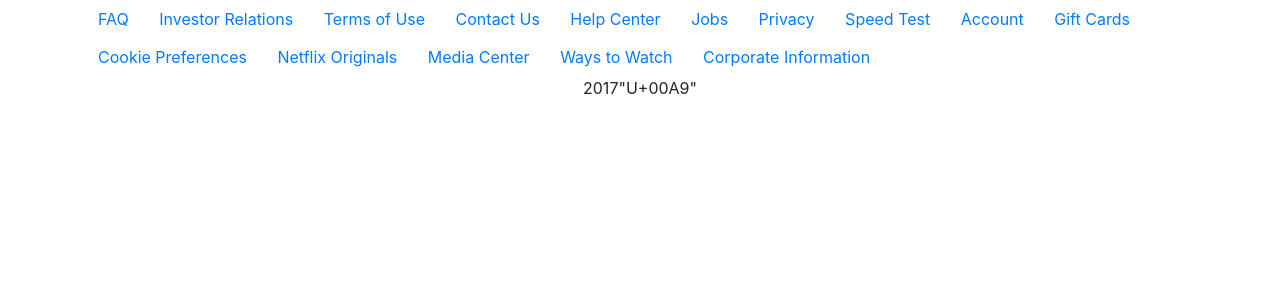
Repository: bharath309/backup
Page: http://localhost/netflix-operation/footerNetflix.jsp
These files come from the project's save history. The page is drawn as it stood at one moment and after the next save; the edit follows.
The browser window is 1280 px wide. The pictures show the whole page.
The page is served by Tomcat 9.

Above is the page before, as saved 2018-03-05 23:43:42.

### netflix-operation/src/main/webapp/footerNetflix.jsp
<%@ page language="java" contentType="text/html; charset=ISO-8859-1"
	pageEncoding="ISO-8859-1"%>
<!DOCTYPE html PUBLIC "-//W3C//DTD HTML 4.01 Transitional//EN" "http://www.w3.org/TR/html4/loose.dtd">
<html>
<head>
<meta http-equiv="Content-Type" content="text/html; charset=ISO-8859-1">
<title>Bootstrap 4 Example</title>
<meta name="viewport" content="width=device-width, initial-scale=1">
<link rel="stylesheet"
	href="https://maxcdn.bootstrapcdn.com/bootstrap/4.0.0/css/bootstrap.min.css">
<script
	src="https://ajax.googleapis.com/ajax/libs/jquery/3.3.1/jquery.min.js"></script>
<script
	src="https://maxcdn.bootstrapcdn.com/bootstrap/4.0.0/js/bootstrap.min.js"></script>
</head>
<body>
	<div class="container">


			<button type="button" class="btn btn-link">FAQ</button>
				<button type="button" class="btn btn-link">Investor Relations</button>
			<button type="button" class="btn btn-link">Terms of Use</button>
				<button type="button" class="btn btn-link">Contact Us</button>
				<button type="button" class="btn btn-link">Help Center</button>
				<button type="button" class="btn btn-link">Jobs</button>
				<button type="button" class="btn btn-link">Privacy</button>
				<button type="button" class="btn btn-link">Speed Test</button>
				<button type="button" class="btn btn-link">Account</button>
				<button type="button" class="btn btn-link">Gift Cards</button>
				<button type="button" class="btn btn-link">Cookie Preferences</button>
				<button type="button" class="btn btn-link">Netflix Originals</button>
				<button type="button" class="btn btn-link">Media Center</button>
				<button type="button" class="btn btn-link">Ways to Watch</button>
				<button type="button" class="btn btn-link">Corporate Information</button>
			</ul>

			<p align="center">2017"U+00A9"	</p>
		</div>


</body>
</html>

After the next save:
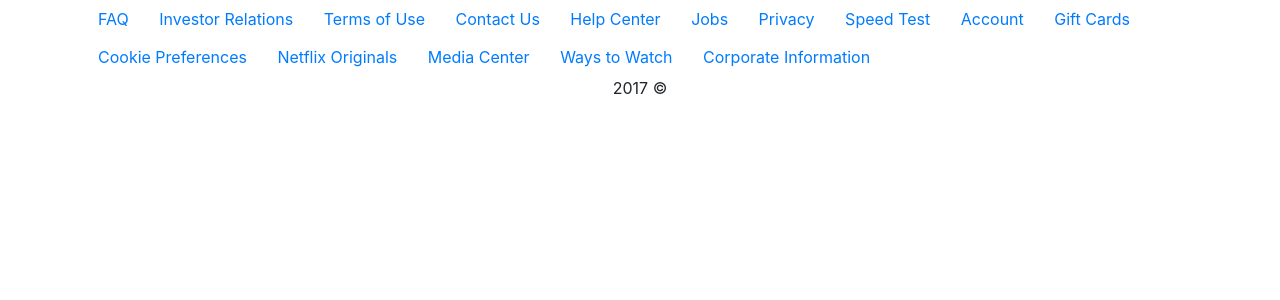
Saved 88 s later.
--- a/netflix-operation/src/main/webapp/footerNetflix.jsp
+++ b/netflix-operation/src/main/webapp/footerNetflix.jsp
@@ -34,7 +34,7 @@
 				<button type="button" class="btn btn-link">Corporate Information</button>
 			</ul>
 
-			<p align="center">2017"U+00A9"	</p>
+			<p align="center">2017 &copy;	</p>
 		</div>
 
 
